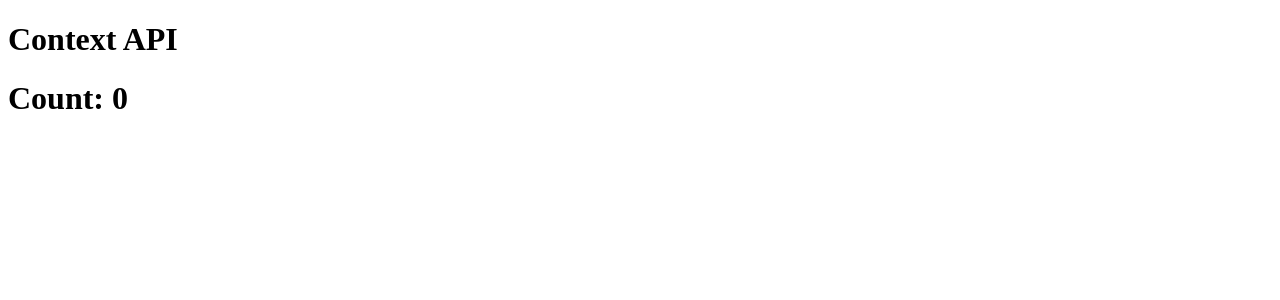
Repository: hungtuan/reactjs-k4-fullstack
Page: / (app in react-03/)
The author's editor kept a copy of each file at every save. The page is drawn from the files as they stood at one save, then again after the next save.
The browser window is 1280 px wide. The pictures show the whole page.
The project was rebuilt for these pictures with package versions that can differ from the ones it lists, and the page was loaded fresh each time. Also part of the build but not shown: react-03/vite.config.js.

Above is the page before, as saved 2023-11-15 14:28:12.

### react-03/src/App.jsx
// import Todo from "./components/Todo";
import { createContext } from "react";
import Count from "./components/Count";
export const AppContext = createContext();

function App() {
  const count = 0;
  return (
    <AppContext.Provider value={count}>
      <div>
        <h1>Context API</h1>
        <Count />
      </div>
    </AppContext.Provider>
  );
}

export default App;

### react-03/src/components/Count.jsx
import React, { useContext } from "react";
import { AppContext } from "../App";
const Count = () => {
  const context = useContext(AppContext);
  return (
    <div>
      <h1>Count: {context}</h1>
    </div>
  );
};

export default Count;

Loaded but not shown: react-03/index.html (common file); react-03/src/main.jsx (common file)

After the next save:
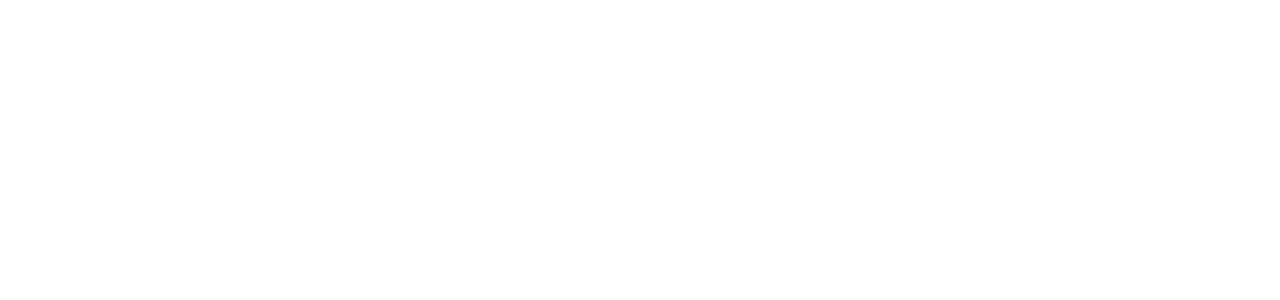
Console error (its wording comes from the project's code and is left out).
Saved 4 min 9 s later.
--- a/react-03/src/App.jsx
+++ b/react-03/src/App.jsx
@@ -5,8 +5,16 @@
 
 function App() {
   const count = 0;
+  const message = "Học lập trình không khó";
   return (
-    <AppContext.Provider value={count}>
+    <AppContext.Provider
+      value={{
+        data: {
+          count,
+          message,
+        },
+      }}
+    >
       <div>
         <h1>Context API</h1>
         <Count />

After the save that followed:
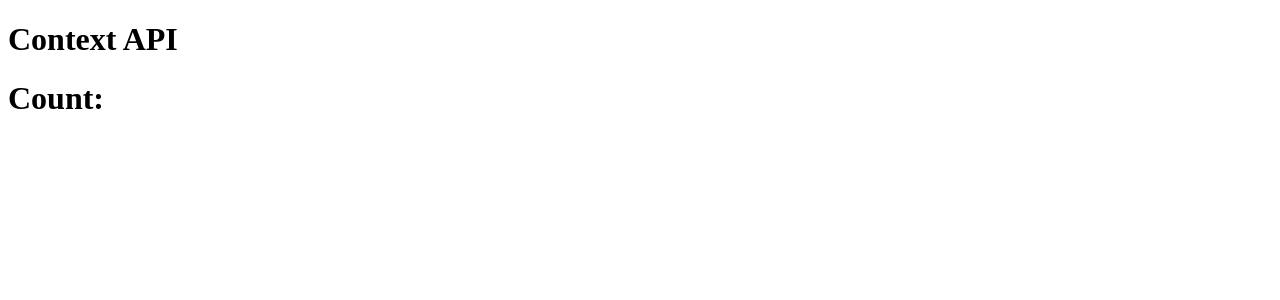
The error is gone.
Saved 55 s later.
--- a/react-03/src/components/Count.jsx
+++ b/react-03/src/components/Count.jsx
@@ -1,10 +1,11 @@
 import React, { useContext } from "react";
 import { AppContext } from "../App";
 const Count = () => {
-  const context = useContext(AppContext);
+  const { data } = useContext(AppContext);
+  console.log(data);
   return (
     <div>
-      <h1>Count: {context}</h1>
+      <h1>Count: {}</h1>
     </div>
   );
 };
